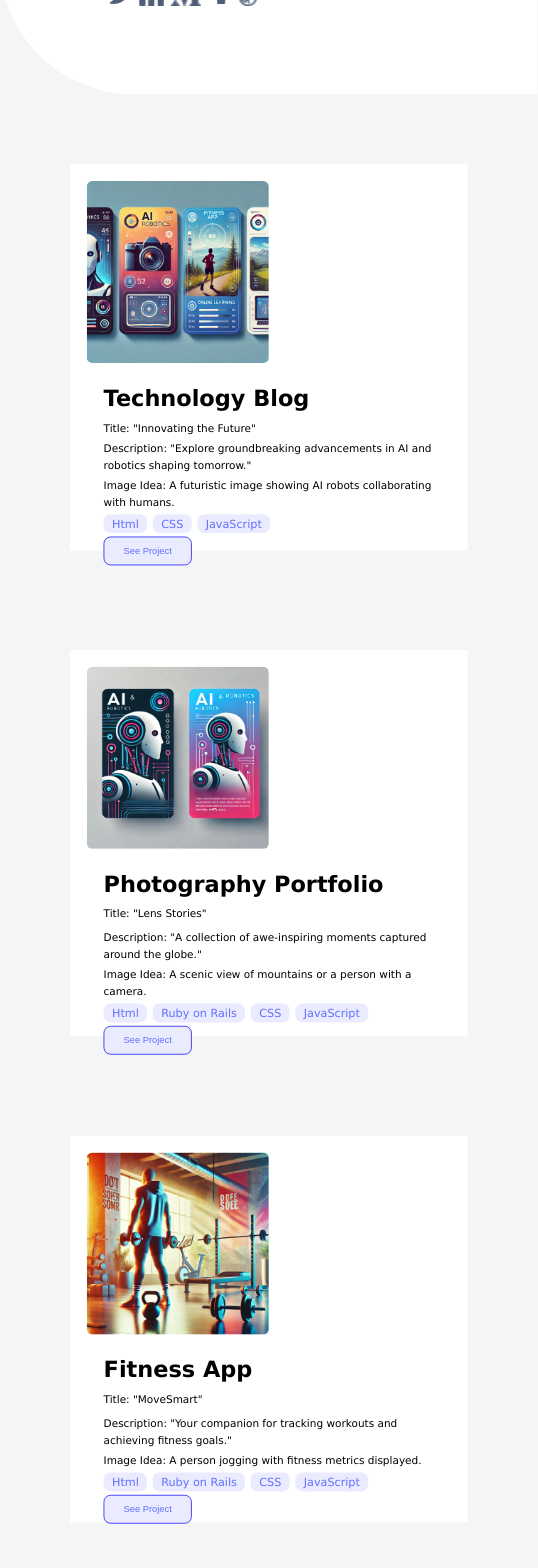
Repository: usman3123/portfolio-template-3
Page: portfolio.html
These files come from the project's save history. The page is drawn as it stood at one moment and after the next save; the edit follows.
The browser window is 768 px wide. The pictures show the part of the page from y = 712 to 2952 px (the page is 3680 px tall), at 70% of full size.
Some web libraries are served in a nearby version.

Above is the page before, as saved 2025-01-25 13:51:04.

After the next save:
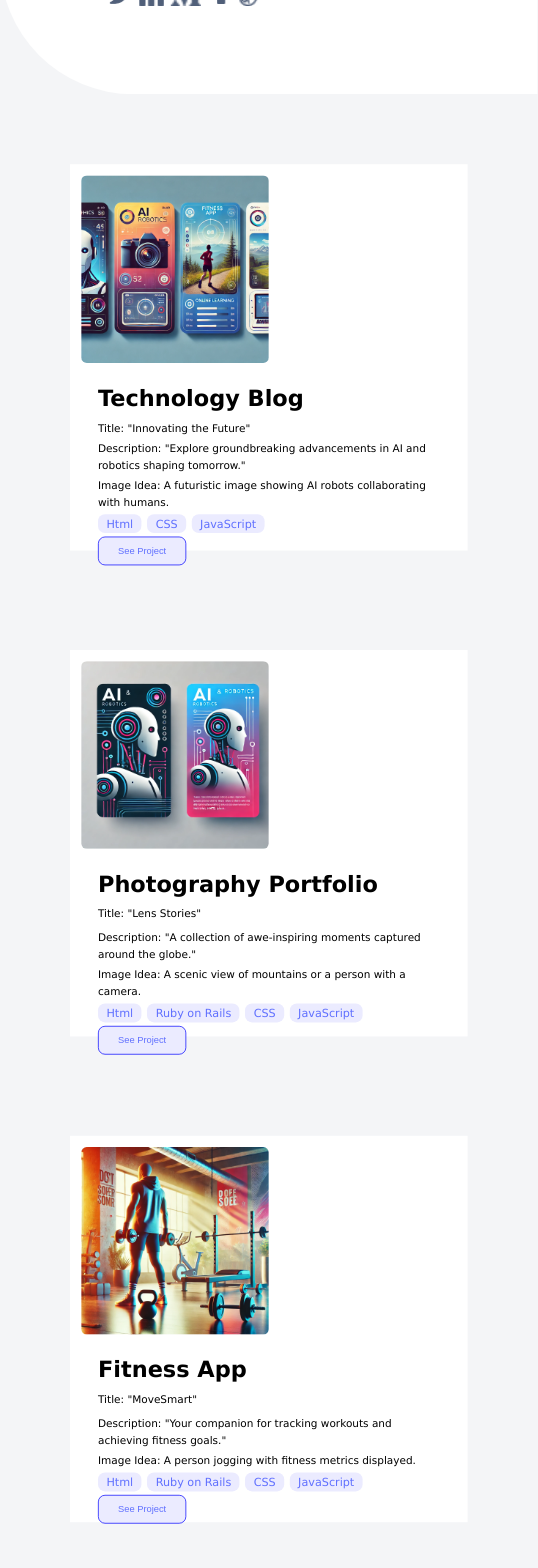
Saved 17 s later.
--- a/style.css
+++ b/style.css
@@ -187,7 +187,7 @@ body {
     .card {
         flex-direction: column;
         max-height: 552px;
-        padding: 24px;
+        padding: 16px;
     }
 
 }
